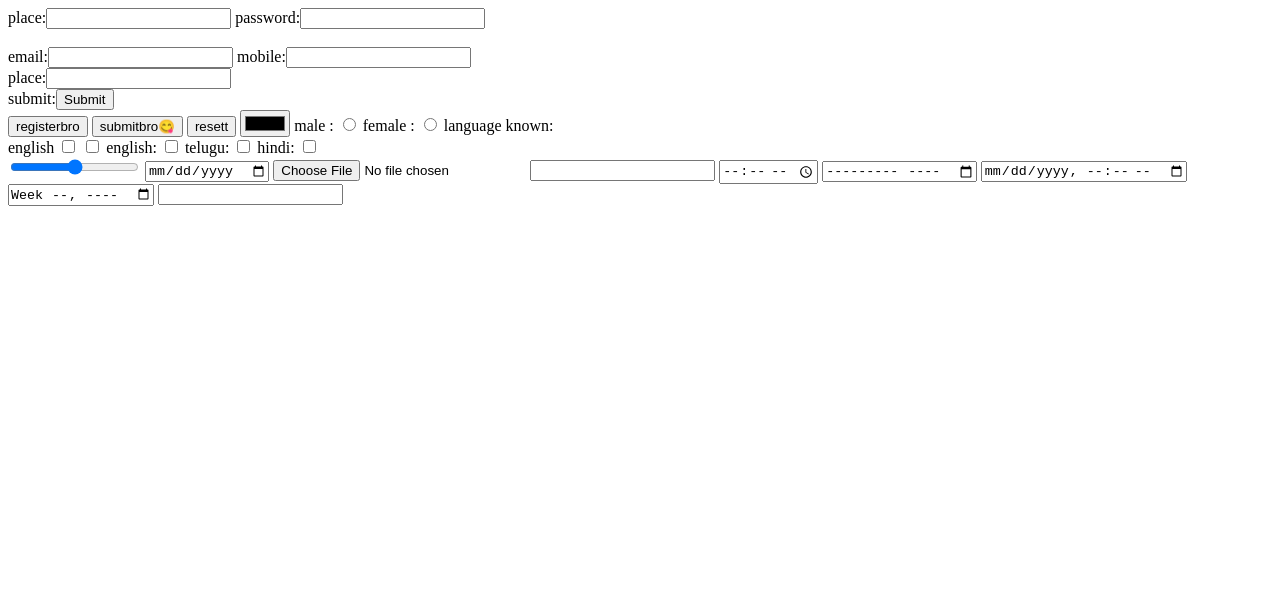
Repository: viveknaidu007/repo-113-HTML
Page: 9.html
An editor plug-in stored every save of this project. The page is shown before and after the next save, followed by the edit.
The browser window is 1280 px wide. The pictures show the whole page.

Above is the page before, as saved 2024-06-15 21:22:17.

### 9.html
<!DOCTYPE html>
<html>
    <head>
        <title> forms demo</title>
    </head>

    <body>
        <form action="response.html">
            place:<input type="text">
            password:<input type="password"> <br> <br>
            email:<input type="email">
            mobile:<input type="tel"> <br>
            place:<input type="number"> <br>
            submit:<input type="submit"> <br>
            <input type="submit" value="registerbro">
            <input type="submit" value="submitbro😋">
            <input type="reset" value="resett">
            <input type="color">
            <input type="hidden">
            male : <input type="radio" name="gender">
            female : <input type="radio" name="gender">
            language known: <br>
            english <input type="checkbox">
            <input type="checkbox">
            english: <input type="checkbox">
            telugu: <input type="checkbox">
            hindi: <input type="checkbox"> <br>

            <input type="range">
            <input type="date">
            <input type="file">
            <input type="search">
            <input type="time">
            <input type="month">
            <input type="datetime-local">
            <input type="week">
            <input type="url">

        </form>
    </body>
</html>

After the next save:
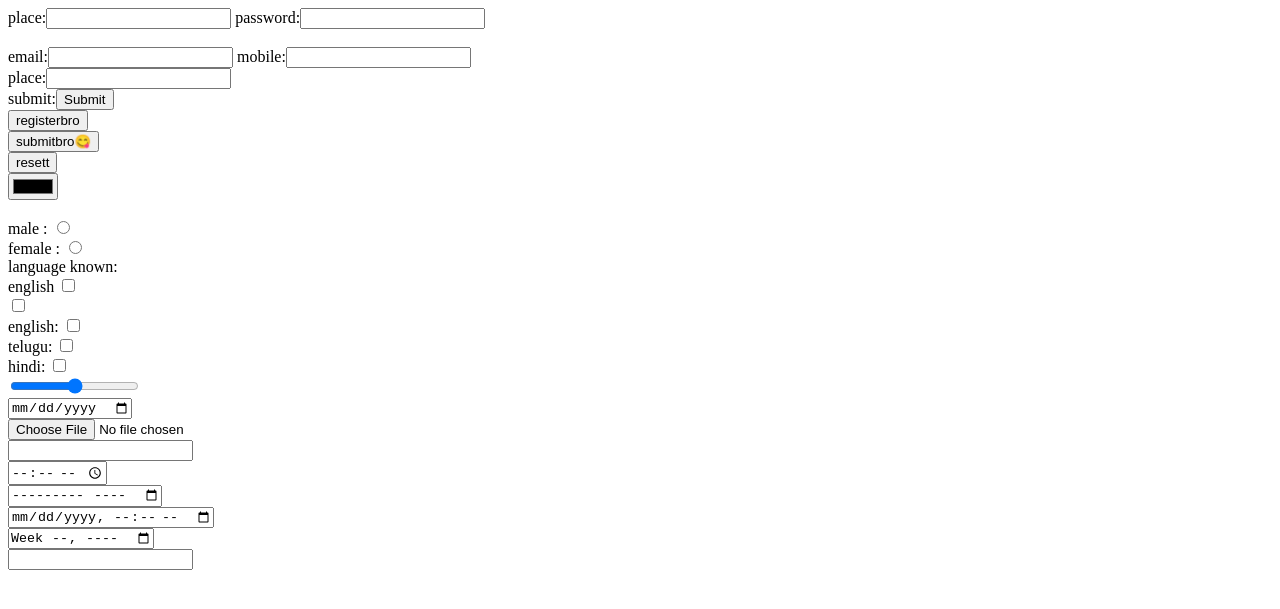
Saved 72 s later.
--- a/9.html
+++ b/9.html
@@ -12,29 +12,29 @@
             mobile:<input type="tel"> <br>
             place:<input type="number"> <br>
             submit:<input type="submit"> <br>
-            <input type="submit" value="registerbro">
-            <input type="submit" value="submitbro😋">
-            <input type="reset" value="resett">
-            <input type="color">
-            <input type="hidden">
-            male : <input type="radio" name="gender">
-            female : <input type="radio" name="gender">
+            <input type="submit" value="registerbro"> <br>
+            <input type="submit" value="submitbro😋"> <br>
+            <input type="reset" value="resett">  <br>
+            <input type="color"> <br>
+            <input type="hidden"> <br>
+            male : <input type="radio" name="gender"> <br>
+            female : <input type="radio" name="gender"> <br>
             language known: <br>
-            english <input type="checkbox">
-            <input type="checkbox">
-            english: <input type="checkbox">
-            telugu: <input type="checkbox">
+            english <input type="checkbox"> <br>
+            <input type="checkbox"> <br>
+            english: <input type="checkbox"> <br>
+            telugu: <input type="checkbox"> <br>
             hindi: <input type="checkbox"> <br>
 
-            <input type="range">
-            <input type="date">
-            <input type="file">
-            <input type="search">
-            <input type="time">
-            <input type="month">
-            <input type="datetime-local">
-            <input type="week">
-            <input type="url">
+            <input type="range"> <br>
+            <input type="date"> <br>
+            <input type="file"> <br>
+            <input type="search"> <br>
+            <input type="time"> <br>
+            <input type="month"> <br>
+            <input type="datetime-local"> <br>
+            <input type="week"> <br>
+            <input type="url"> <br>
 
         </form>
     </body>
